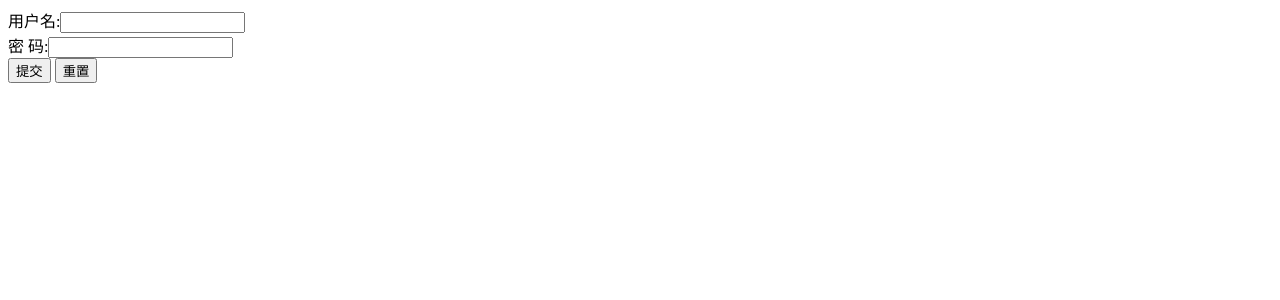
Repository: wikelgc/JSP
Page: ZhuCe/WebRoot/Logon.html
These files come from the project's save history. The page is drawn as it stood at one moment and after the next save; the edit follows.
The browser window is 1280 px wide. The pictures show the whole page.

Above is the page before, as saved 2015-05-31 10:59:24.

After the next save:
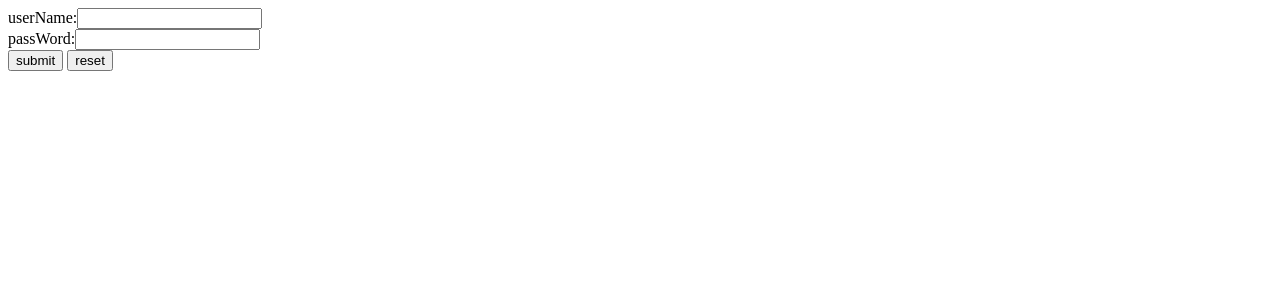
Saved 115 s later.
--- a/ZhuCe/WebRoot/Logon.html
+++ b/ZhuCe/WebRoot/Logon.html
@@ -9,14 +9,14 @@
 	    var userpws = document.myform.userPwd.value;
 	    if(userName == "admin"){
 	    	if(userPwd == "000"){
-	    		document.write("恭喜登录成功");
+	    		document.write("success");
 	    	}
 	    	else{
-	    		document.write("密码错误");
+	    		document.write("password error");
 	    	}
 	    }
 	    else{
-	    	document.write("用户名错误");
+	    	document.write("username error");
 	    }
     }
     </script>
@@ -26,10 +26,10 @@
   <body>
 
     <form action="" method="post" name="myform" onSubmit="return check(this)" charset = "gb2312">
-		用户名:<input type = "text" name = "userName"><br>
-		密    码:<input type = "text" name = "userPws"><br>
-		<input type="submit" value="提交">
-		<input type="reset" value="重置">
+		userName:<input type = "text" name = "userName"><br>
+		passWord:<input type = "text" name = "userPws"><br>
+		<input type="submit" value="submit">
+		<input type="reset" value="reset">
 	</form>
   </body>
 </html>
